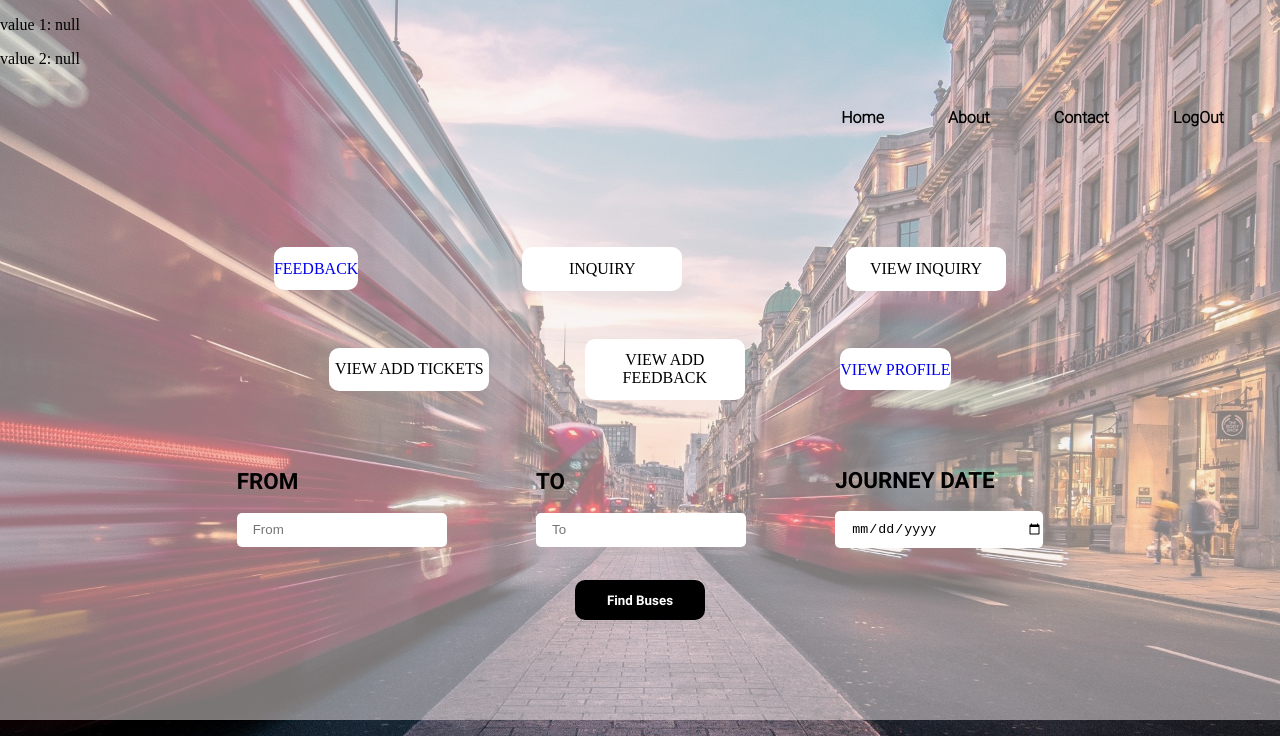
Repository: Savindushehan/RouteMaster-Group-project
Page: http://localhost/RouterMaster/MainHome.jsp
These files come from the project's save history. The page is drawn as it stood at one moment and after the next save; the edit follows.
The browser window is 1280 px wide. The pictures show the whole page.
The page is served by Tomcat 10. Other server files are loaded and not shown.

Above is the page before, as saved 2023-10-11 04:29:39.

### RouteMaster/RouterMaster/src/main/webapp/MainHome.jsp
<%@ page language="java" contentType="text/html; charset=UTF-8"
    pageEncoding="UTF-8"%>
<!DOCTYPE html>
<html lang="en">
<head>
    <meta charset="UTF-8">
    <meta name="viewport" content="width=device-width, initial-scale=1.0">
    <title>RouteMaster</title>
    <style>
        @font-face {
        font-family: 'Roboto-Light'; /* Font family name */
        src: url('Fonts/Roboto-Light.ttf') format('truetype'); /* URL to your font file */
        font-weight: normal;
        font-style: italic;
        }
        @font-face {
        font-family: 'Raleway-Light'; /* Font family name */
        src: url('Fonts/Raleway-Light.ttf') format('truetype'); /* URL to your font file */
        font-weight: normal;
        font-style: italic;
        }
        @font-face {
        font-family: 'Roboto-Bold'; /* Font family name */
        src: url('Fonts/Roboto-Bold.ttf') format('truetype'); /* URL to your font file */
        font-weight: normal;
        font-style: italic;
        }
        :root{
            --div-color1:#000000;
            --div-color2:#272702;
            --div-color3:#07FAFA;
            --div-color4:#FFFFFF;
        }
        a{
            text-decoration: none;
        }
        body{
            margin: 0;
            padding: 0;
            background-image: url(background.jpg);
            background-size: cover;
            background-repeat: no-repeat;
            background-position: center;
            height: 100vh;

        }
        body::before {
          content: "";
          position: absolute;
          top: 0;
          left: 0;
          width: 100%;
          height: 100%;
          background-color: rgba(245, 236, 236, 0.5);
          z-index: -1;
        }
        .head{
            display: flex;
            flex-direction: row;
            justify-content: right;
        }
        header h3{
            color: var(--div-color1);
            font-size:1rem;
            margin-right: 3rem;
            cursor: grab;
            padding: 0.5rem;
            border-radius: 0.5rem;
            outline: none;
            font-family: 'Roboto-Light';
        }
        .row1{
            margin-top: 2rem;
            width: 100%;
        }
        .row2{
            width: 80%;
            margin-left: auto;
            margin-right: auto;
        }
        .row1,.row2{
            display: flex;
            flex-direction: row;
            justify-content: space-around;
            align-items: center;
            margin-bottom: 3rem;
        }
        span{
            width: 10rem;
            padding-top: 0.8rem;
            padding-bottom: 0.8rem;
            text-align: center;
            border-radius: 10px;
            background-color: var(--div-color4);
            outline: none;
            font-family: 'Ralway-Light';
            cursor: pointer;
        }
        form{
            display: flex;
            flex-direction: column;
            justify-content: center;
            align-items: center;
            width:70%;
            margin-left: auto;
            margin-right: auto;
            margin-top: 4rem;
        }
        .row3{
            display: flex;
            flex-direction: row;
            justify-content: space-around;
            align-items: center;
            width: 100%;
        }
        h2{
           font-family: 'Roboto-Bold';
           font-size: 1.4rem;
        }
        input{
            width: 12rem;
            padding-top: 0.6rem;
            padding-bottom: 0.6rem;
            border: none;
            outline: none;
            border-radius: 5px;
            padding-left: 1rem;
        }
        button{
          text-align: center;
          padding-left: 2rem;
          padding-right: 2rem;
          padding-top: 0.8rem;
          padding-bottom: 0.8rem;
          border-radius: 10px;
          font-family: 'Roboto-Bold';
          background-color: var(--div-color1);
          color: var(--div-color4);
          border: none;
          outline: none;
          cursor: pointer;
          margin-top: 2rem;
        }
    </style>
</head>
<body>
<%
String attr1 = (String) request.getAttribute("U1");
String attr2 = (String) request.getAttribute("P1");
%>

<p>value 1: <%= attr1 %></p>
<p>value 2: <%= attr2 %></p>


    <header>
        <div class="head">
          <a href="Home.jsp"><h3 id="m1">Home</h3></a>
           <a href="AboutUs.jsp"><h3 id="m2">About</h3></a>
            <a href="ContactUS.jsp"><h3 id="m3">Contact</h3></a>
           <a href="login.jsp"><h3 id="m4">LogOut</h3></a>
        </div>
    </header>
    <main>
 <form action="log" method="Get">
   <input type="hidden" name="U1" value="<%= attr1 %>">
    <input type="hidden" name="P1" value="<%= attr2 %>">

      <div class="row1">
            <a href="Feedback.jsp"> <span id="s1" name="feedback">FEEDBACK</span></a>
            <span id="s2" name="inquiry">INQUIRY</span>
            <span id="s3" name="viewinquiry">VIEW INQUIRY</span>
        </div>
       <div class="row2">
		<span id="s4" name="ticket">VIEW ADD TICKETS</span>
   		 <span id="s5" name="viewfeedback">VIEW ADD FEEDBACK</span>
	    <a href="LoginServlet?profile=profile"><span id="s6" name="profile" value="profile">VIEW PROFILE</span></a>
	</div>


            <div class="row3">
                <div class="colomn1">
                                    <h2>FROM</h2>
                    <input type="text" id="from" name="from" placeholder="From">
                </div>
                <div class="colomn2">
                    <h2>TO</h2>
                    <input type="text" id="to" name="to" placeholder="To">
                </div>
                <div class="colomn3">
                    <h2>JOURNEY DATE</h2>
                    <input type="date" id="date" name="date">
                </div>
            </div>
            <button id="btn">Find Buses</button>

</form>

    </main>

    <script>

        var M1=document.getElementById("m1");
        var M2=document.getElementById("m2");
        var M3=document.getElementById("m3");
        var M4=document.getElementById("m4");
        var BTN=document.getElementById("btn");
        var S1=document.getElementById("s1");
        var S2=document.getElementById("s2");
        var S3=document.getElementById("s3");
        var S4=document.getElementById("s4");
        var S5=document.getElementById("s5");
        var S6=document.getElementById("s6");

        M1.onmousemove=function(){
          M1.style.backgroundColor="var(--div-color3)";
          M1.style.color="var(--div-color4)";
        }
        M1.onmouseout=function(){
          M1.style.backgroundColor="";
          M1.style.color="var(--div-color1)";
        }
        M2.onmousemove=function(){
          M2.style.backgroundColor="var(--div-color3)";
          M2.style.color="var(--div-color4)";
        }
        M2.onmouseout=function(){
          M2.style.backgroundColor="";
          M2.style.color="var(--div-color1)";
        }
        M3.onmousemove=function(){
          M3.style.backgroundColor="var(--div-color3)";
          M3.style.color="var(--div-color4)";
        }
        M3.onmouseout=function(){
          M3.style.backgroundColor="";
          M3.style.color="var(--div-color1)";
        }
        M4.onmousemove=function(){
          M4.style.backgroundColor="var(--div-color3)";
          M4.style.color="var(--div-color4)";
        }
        M4.onmouseout=function(){
          M4.style.backgroundColor="";
          M4.style.color="var(--div-color1)";
        }
        /* Above javascript code must include all tha page.don't change the code.*/
        BTN.onmousemove=function(){
          BTN.style.color="var(--div-color1)";
          BTN.style.backgroundColor="var(--div-color4)";
        }
        BTN.onmouseout=function(){
          BTN.style.color="var(--div-color4)";
          BTN.style.backgroundColor="var(--div-color1)";
        }
        S1.onmousemove=function(){
            S1.style.backgroundColor="var(--div-color3)";
            S1.style.color="var(--div-color4)";
        }
        S1.onmouseout=function(){
            S1.style.backgroundColor="var(--div-color4)";
            S1.style.color="var(--div-color1)";
        }
        S2.onmousemove=function(){
            S2.style.backgroundColor="var(--div-color3)";
            S2.style.color="var(--div-color4)";
        }
        S2.onmouseout=function(){
            S2.style.backgroundColor="var(--div-color4)";
            S2.style.color="var(--div-color1)";
        }
        S3.onmousemove=function(){
            S3.style.backgroundColor="var(--div-color3)";
            S3.style.color="var(--div-color4)";
        }
        S3.onmouseout=function(){
            S3.style.backgroundColor="var(--div-color4)";
            S3.style.color="var(--div-color1)";
        }
        S4.onmousemove=function(){
            S4.style.backgroundColor="var(--div-color3)";
            S4.style.color="var(--div-color4)";
        }
        S4.onmouseout=function(){
            S4.style.backgroundColor="var(--div-color4)";
            S4.style.color="var(--div-color1)";
        }
        S5.onmousemove=function(){
            S5.style.backgroundColor="var(--div-color3)";
            S5.style.color="var(--div-color4)";
        }
        S5.onmouseout=function(){
            S5.style.backgroundColor="var(--div-color4)";
            S5.style.color="var(--div-color1)";
        }
        S6.onmousemove=function(){
            S6.style.backgroundColor="var(--div-color3)";
            S6.style.color="var(--div-color4)";
        }
        S6.onmouseout=function(){
            S6.style.backgroundColor="var(--div-color4)";
            S6.style.color="var(--div-color1)";
        }

       </script>
</body>
</html>

After the next save:
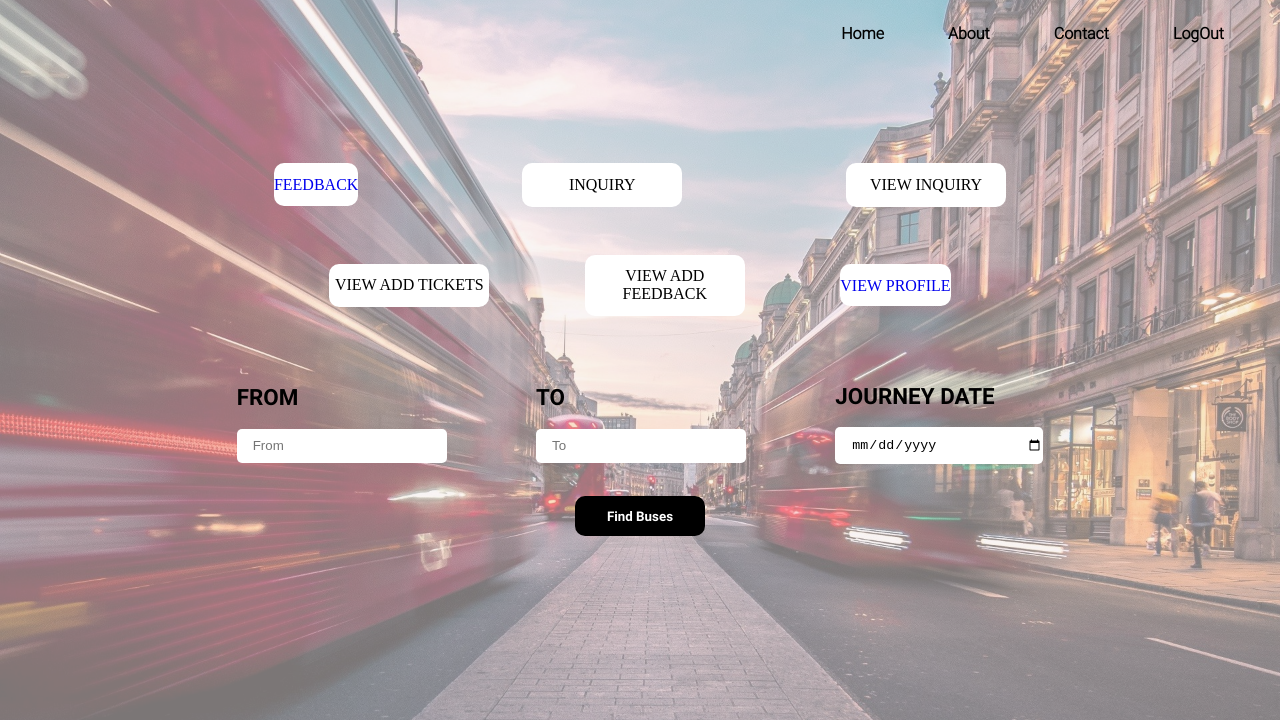
Saved 24 s later.
--- a/RouteMaster/RouterMaster/src/main/webapp/MainHome.jsp
+++ b/RouteMaster/RouterMaster/src/main/webapp/MainHome.jsp
@@ -148,10 +148,6 @@
 String attr1 = (String) request.getAttribute("U1");
 String attr2 = (String) request.getAttribute("P1");
 %>
-
-<p>value 1: <%= attr1 %></p>
-<p>value 2: <%= attr2 %></p>
-
 
     <header>
         <div class="head">

After the save that followed:
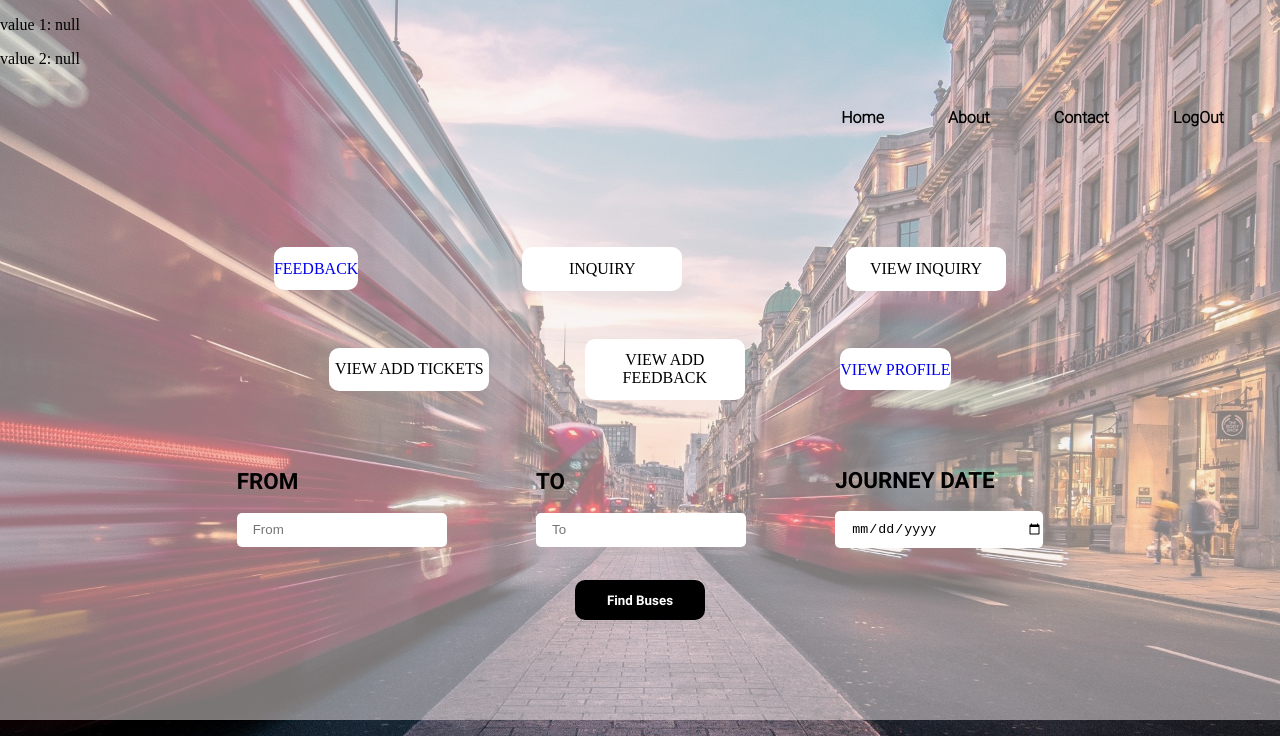
Saved 35 s later.
--- a/RouteMaster/RouterMaster/src/main/webapp/MainHome.jsp
+++ b/RouteMaster/RouterMaster/src/main/webapp/MainHome.jsp
@@ -148,6 +148,10 @@
 String attr1 = (String) request.getAttribute("U1");
 String attr2 = (String) request.getAttribute("P1");
 %>
+
+<p>value 1: <%= attr1 %></p>
+<p>value 2: <%= attr2 %></p>
+
 
     <header>
         <div class="head">
